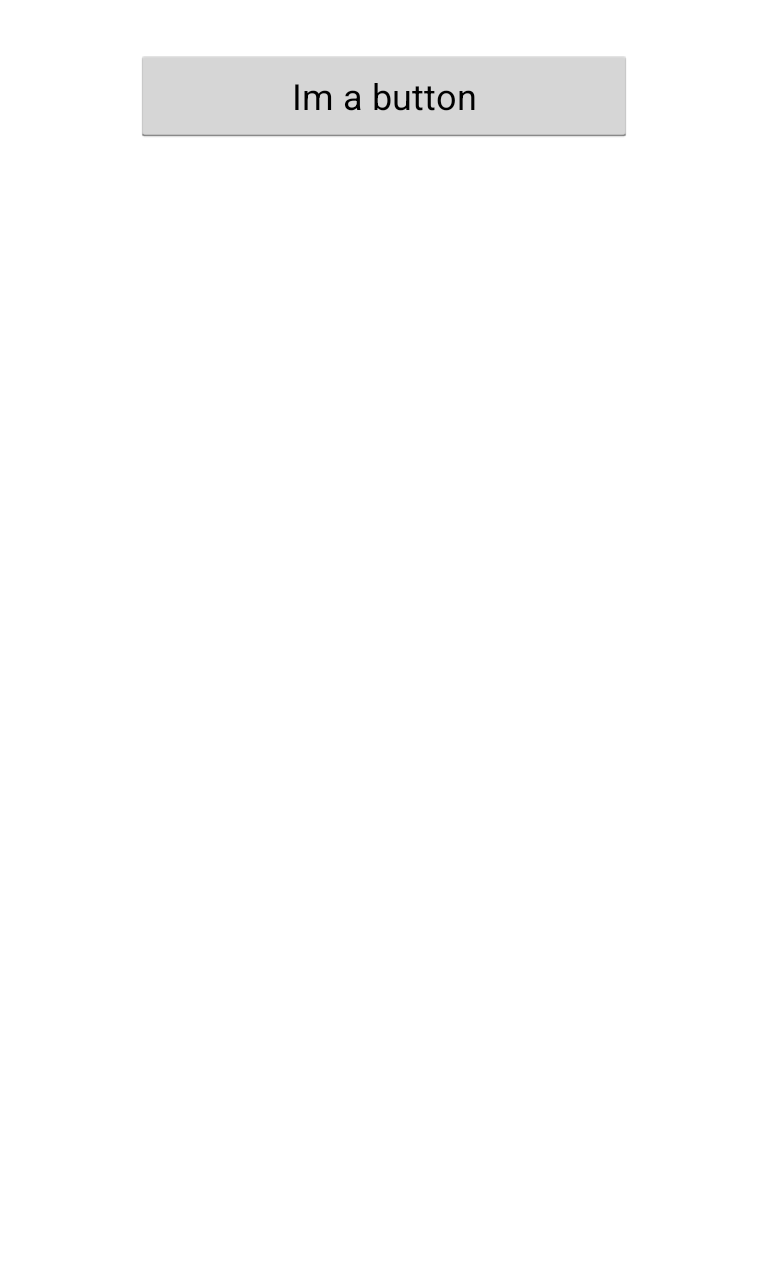
Repository: efreestone/MDF3_Freestone
Layout: ConvertIt/res/layout/activity_main.xml
The author's editor kept a copy of each file at every save. The layout is drawn from the files as they stood at one save, then again after the next save.
It is drawn on a 768 x 1280 px phone screen (xhdpi) without system bars, with theme AppTheme; the app's code is not run. Lists and similar views that code fills are empty.

Above is the layout before, as saved 2014-07-10 22:15:21.

### ConvertIt/res/layout/activity_main.xml
<?xml version="1.0" encoding="utf-8"?>
<LinearLayout xmlns:android="http://schemas.android.com/apk/res/android"
    android:id="@+id/parentView"
    android:layout_width="match_parent"
    android:layout_height="match_parent"
    android:orientation="vertical"
    >

    <TextView
        android:id="@+id/test_textview"
        android:layout_width="match_parent"
        android:layout_height="wrap_content"
        android:gravity="center"
         />

    <Button
        android:id="@+id/newReleaseButton"
        android:layout_width="wrap_content"
        android:layout_height="wrap_content"
        android:layout_gravity="center"
        android:layout_margin="5dp"
        android:clickable="true"
        android:text="Im a button"
        android:width="250dp" />

    <ListView
        android:id="@+id/listView"
        android:layout_width="match_parent"
        android:layout_height="match_parent"
        android:drawSelectorOnTop="false" />

</LinearLayout>

### ConvertIt/res/values/strings.xml
<?xml version="1.0" encoding="utf-8"?>
<resources>

    <string name="app_name">MDF3Project1</string>
    <string name="hello_world">Hello world!</string>
    <string name="action_settings">Settings</string>

    <string name="refreshButton">Refresh</string>

    <string name="noConnectionTitle">Connection Error</string>
    <string name="noConnectionAlert">This application requires internet access. Please check your network connection and try again.</string>

    <string name="noFileTitle">File does not exist</string>
    <string name="noFileAlert">The file does not exist on your device so it was requested from the API. Select Refresh to update the ListView</string>

</resources>

Loaded but not shown: ConvertIt/res/values/styles.xml (common file); ConvertIt/res/values-v11/styles.xml (common file); ConvertIt/res/values-v14/styles.xml (common file)

After the next save:
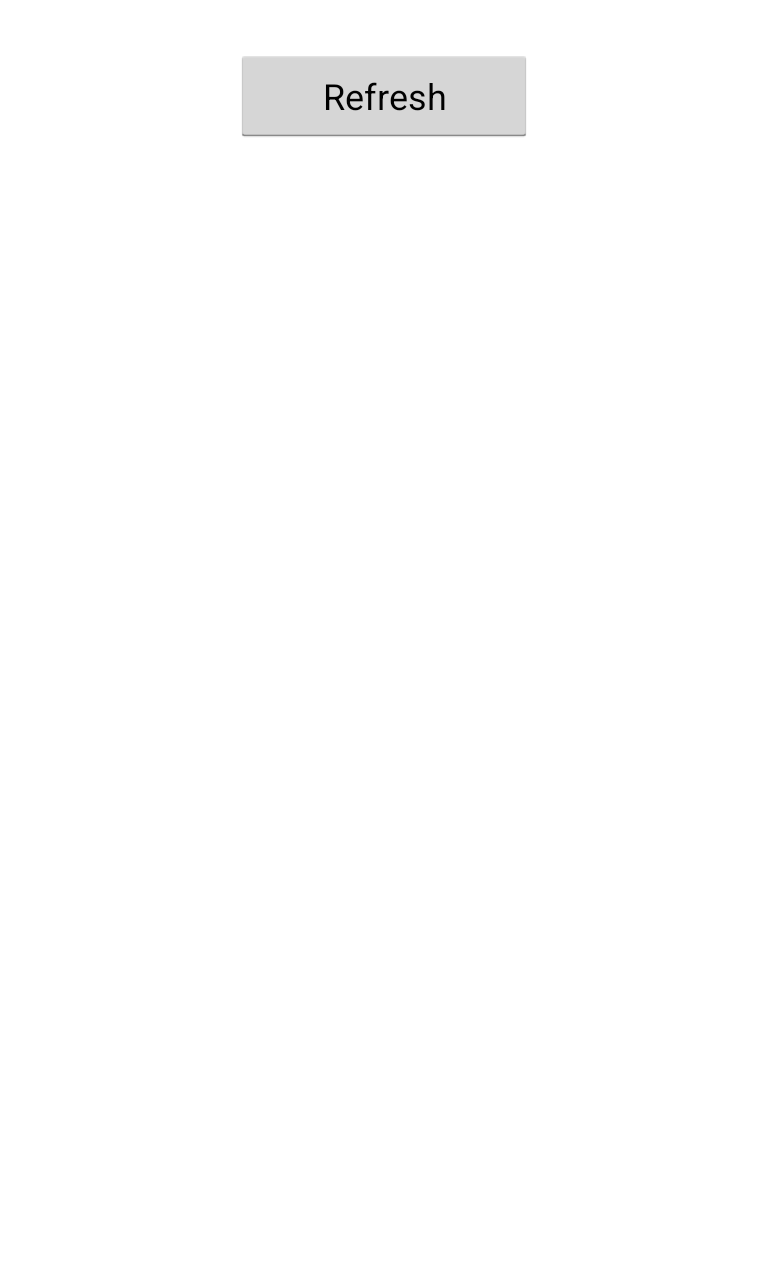
Saved 94 s later.
--- a/ConvertIt/res/layout/activity_main.xml
+++ b/ConvertIt/res/layout/activity_main.xml
@@ -20,8 +20,8 @@
         android:layout_gravity="center"
         android:layout_margin="5dp"
         android:clickable="true"
-        android:text="Im a button"
-        android:width="250dp" />
+        android:text="@string/refreshButton"
+        android:width="150dp" />
 
     <ListView
         android:id="@+id/listView"
